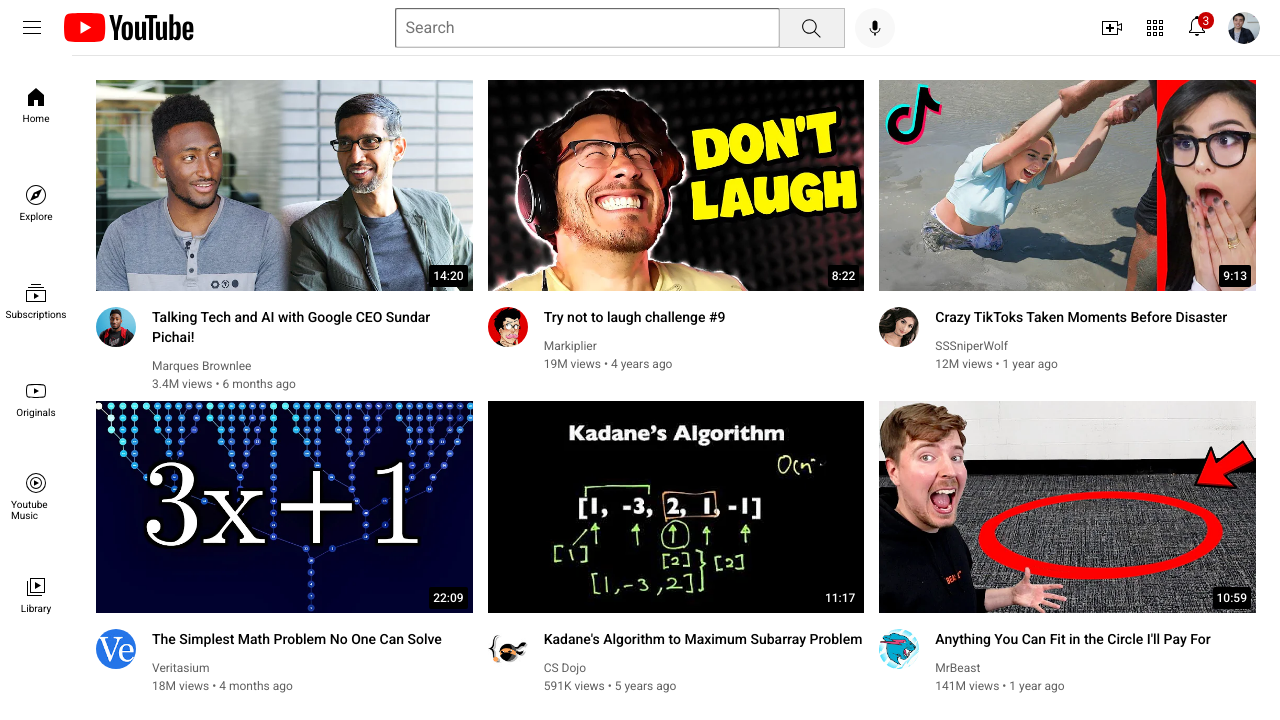
Repository: idahcarts-ux/html-css
Page: youtube.html
An editor plug-in stored every save of this project. The page is shown before and after a run of saves, followed by the edit.
The browser window is 1280 px wide. The pictures show the whole page.

Above is the page before, as saved 2025-11-20 21:22:37.

### youtube.html
<!DOCTYPE html>
<html>
<head>
  <title>YouTube.com Clone</title>

  <link rel="preconnect" href="https://fonts.googleapis.com">
  <link rel="preconnect" href="https://fonts.gstatic.com" crossorigin>
  <link href="https://fonts.googleapis.com/css2?family=Roboto:wght@100;300;400;500;700;900&display=swap" rel="stylesheet">

<link rel="stylesheet" href="styles/general.css">
<link rel="stylesheet" href="styles/video.css">
<link rel="stylesheet" href="styles/header.css">
<link rel="stylesheet" href="styles/sidebar.css">



</head>
<body>
  <div class="header">
    <div class="left-section">
     <img class="hamburger-menu" src="icons/hamburger-menu.svg">
     <img class="youtube-logo" src="icons/youtube-logo.svg">
    </div>

    <div class="middle-section">
      <input class="search-bar" type="text" placeholder="Search">
    <button class="search-button">
      <img
      class="search-icon"
      src="icons/search.svg">
    </button>
    <button class="voice-search-button">
      <img
      class="voice-search-icon"
      src="icons/voice-search-icon.svg">
    </button>
    </div>

    <div class="right-section">
      <img
      class="uploads-icon"
      src="icons/upload.svg">
      <img
      class="youtube-apps-icon"
      src="icons/youtube-apps.svg">
      <div class="notification-icon-container">
       <img
      class="notification-icon"
      src="icons/notifications.svg">
      <div class="notifications-count">3</div>
      </div>
      <img
       class="current-user-picture"
       src="chanel-pictures/my-channel.jpeg">
    </div>

  </div>

   <div class="sidebar">
     <div class="sidebar-link">
      <img src="icons/home.svg">
      <div>Home</div>
     </div>
     <div class="sidebar-link">
      <img src="icons/explore.svg">
      <div>Explore</div>
     </div>
     <div class="sidebar-link">
      <img src="icons/subscriptions.svg">
      <div>Subscriptions</div>
     </div>
     <div class="sidebar-link">
      <img src="icons/originals.svg">
      <div>Originals</div>
      </div>
     <div class="sidebar-link">
      <img src="icons/youtube-music.svg">
       <div>Youtube Music</div>
     </div>
      <div class="sidebar-link">
      <img src="icons/library.svg">
       <div>Library</div>
     </div>

   </div>



  <!-- MAIN GRID START -->
  <div class="video-grid">

    <!-- 1 -->
    <div class="video-preview">
      <div class="thumbnails-row">
      <img class="thumbnails" src="thumbnails/thumbnail-1.webp">
      <div class="video-time">14:20</div>
      </div>
      <div class="video-info-grid">
        <div class="channel-pictures">
          <img class="profile-picture" src="chanel-pictures/channel-1.jpeg">
        </div>
        <div class="video-info">
          <p class="video-title">
            Talking Tech and AI with Google CEO Sundar Pichai!
          </p>
          <p class="video-author">Marques Brownlee</p>
          <p class="video-stats">3.4M views • 6 months ago</p>
        </div>
      </div>
    </div>

    <!-- 2 -->
    <div class="video-preview">
       <div class="thumbnails-row">
      <img class="thumbnails" src="thumbnails/thumbnail-2.webp">
      <div class="video-time">8:22</div>
      </div>
       <div class="video-info-grid">
        <div class="channel-pictures">
          <img class="profile-picture" src="chanel-pictures/channel-2.jpeg">
        </div>
        <div class="video-info">
          <p class="video-title">Try not to laugh challenge #9</p>
          <p class="video-author">Markiplier</p>
          <p class="video-stats">19M views • 4 years ago</p>
        </div>
      </div>
    </div>

    <!-- 3 -->
    <div class="video-preview">
      <div class="thumbnails-row">
     <img class="thumbnails" src="thumbnails/thumbnail-3.webp">
       <div class="video-time">9:13</div>
       </div>
      <div class="video-info-grid">
        <div class="channel-pictures">
          <img class="profile-picture" src="chanel-pictures/channel-3.jpeg">
        </div>
        <div class="video-info">
          <p class="video-title">Crazy TikToks Taken Moments Before Disaster</p>
          <p class="video-author">SSSniperWolf</p>
          <p class="video-stats">12M views • 1 year ago</p>
        </div>
      </div>
    </div>

    <!-- 4 -->
    <div class="video-preview">
      <div class="thumbnails-row">
      <img class="thumbnails" src="thumbnails/thumbnail-4.webp">
        <div class="video-time">22:09</div>
        </div>
      <div class="video-info-grid">
        <div class="channel-pictures">
          <img class="profile-picture" src="chanel-pictures/channel-4.jpeg">
        </div>
        <div class="video-info">
          <p class="video-title">The Simplest Math Problem No One Can Solve</p>
          <p class="video-author">Veritasium</p>
          <p class="video-stats">18M views • 4 months ago</p>
        </div>
      </div>
    </div>

    <!-- 5 -->
    <div class="video-preview">
      <div class="thumbnails-row">
      <img class="thumbnails" src="thumbnails/thumbnail-5.webp">
       <div class="video-time">11:17</div>
       </div>
      <div class="video-info-grid">
        <div class="channel-pictures">
          <img class="profile-picture" src="chanel-pictures/channel-5.jpeg">
        </div>
        <div class="video-info">
          <p class="video-title">
            Kadane's Algorithm to Maximum Subarray Problem
          </p>
          <p class="video-author">CS Dojo</p>
          <p class="video-stats">591K views • 5 years ago</p>
        </div>
      </div>
    </div>

    <!-- 6 -->
    <div class="video-preview">
      <div class="thumbnails-row">
         <img class="thumbnails" src="thumbnails/thumbnail-6.webp">
         <div class="video-time">10:59</div>
         </div>
         <div class="video-info-grid">
        <div class="channel-pictures">
          <img class="profile-picture" src="chanel-pictures/channel-6.jpeg">
        </div>
        <div class="video-info">
          <p class="video-title">
            Anything You Can Fit in the Circle I'll Pay For
          </p>
          <p class="video-author">MrBeast</p>
          <p class="video-stats">141M views • 1 year ago</p>
        </div>
      </div>
    </div>

  </div>
  <!-- MAIN GRID END -->



</body>
</html>

### styles/general.css
 p {
    font-family: Roboto, Arial;
    margin-top: 0;
    margin-bottom: 0;
  }

  body {
    margin: 0;
    padding-top: 80px;
    padding-right: 24px;
    padding-left: 96px;
    background-color: rgb();
  }

### styles/video.css



  .thumbnails {
    width: 100%;
  }



  .video-title {
    font-size: 14px;
    font-weight: 500;
    line-height: 20px;
    margin-bottom: 12px;
  }

  .video-info-grid {
    display: flex;
    margin-top: 12px;
  }

  /* FIX: Ensure the profile picture container is just large enough for the picture */
  .channel-pictures {
    width: 48px; /* Slightly larger than the picture for padding/margin */
    flex-shrink: 0;
    margin-right: 8px; /* Added some spacing to separate picture from text */
  }

  /* FIX: Ensure the profile picture fills its container and maintain aspect ratio */
  .profile-picture {
    width: 40px; /* Kept your desired size */
    height: 40px; /* Added explicit height to force a square container */
    object-fit: cover; /* Ensures image covers the area without distortion */
    border-radius: 50%;
  }

  /* FIX: Removed fixed width which was unnecessary and potentially restrictive */
  .video-info {
    /* width: 200px; <--- Removed this line */
    flex: 1; /* Allow it to take up the remaining space */
  }

  .video-author {
    font-size: 12px;
    color: rgb(96, 96, 96);
    margin-bottom: 4px;
  }

  .video-stats {
    font-size: 12px;
    color: rgb(96, 96, 96);
  }

  .video-grid {
    display: grid;
    grid-template-columns: 1fr 1fr 1fr;
    column-gap: 15px;
    row-gap: 10px;
  }
  .video-time {
    background-color: black;
    color: white;
    position: absolute;
    bottom:8px;
    right:5px;
    font-family: Roboto, Arial;
    font-size: 12px;
    font-weight: 500;
    padding-left: 4px;
    padding-right: 4px;
    padding-bottom: 4px;
    padding-top: 4px;
    border-radius: 2px;

}

  .thumbnails-row {
    margin-bottom: 12px;
    position: relative;
  }

### styles/header.css


  .header {
    height:55px;
    display:flex;
    flex-direction: row;
    justify-content: space-between;
    position: fixed;
    top:0;
    left:0;
    right:0;
    background-color: white;
    border-bottom-width: 1px;
    border-bottom-style: solid;
    border-bottom-color: rgb( 228, 228, 228);
    z-index:100;
  }

  .left-section {
  display: flex;
   align-items: center;


  }
    .youtube-logo {
    width: 12vw;        /* Scales with viewport width */
    min-width: 80px;    /* Don't get too small */
    max-width: 130px;   /* Don't grow too large */
    height: auto;       /* Keep aspect ratio */
    transition: width 0.25s ease;
}


  .hamburger-menu {
    height: 24px;
    margin-left: 20px;
    margin-right: 20px;
  }
  .middle-section {
    flex:1;
    margin-left: 30px;
    margin-right: 35px;
    max-width:500px;
    display: flex;
    align-items:center;
  }
  .search-bar {
    flex:1;
    height:36px;
    padding-left:10px;
    font-size: 16px;
    border-width: 1px;
    border-color: rgb(190, 190,190);
    border-radius: 2px;
    box-shadow: inset 0.05px 0.05px 1px rgba(0, 0, 0.05);
    width:0;
  }
  .search-bar::placeholder {
    font-family: Roboto, Arial;
    fon-size:15px;
  }
  .search-icon{
    height:25px;
    margin-top:4px;
  }
  .search-button {
    height:40px;
    width:66px;
    background-color: rgb( 240, 240, 240);
    border-width: 1px;
    border-style:solid;
    border-color: rgb(190, 190,190);
    margin-left: -1px;
    margin-right: 10px;
  }
  .voice-search-button {
    height:40px;
    width:40px;
    border-radius: 20px;
    border: none;
    background-color: rgb(248,248,248);
  }
  .voice-search-icon{
    height:20px;
    margin-top: 4px;

  }
  .right-section {
    width:180px;
    display:flex;
    align-items: center;
    justify-content: space-between;
    flex-shrink: 0;
  }
  .uploads-icon {
    height:24px;
  }
  .youtube-apps-icon {
    height:24px;
  }
  .notification-icon {
    height:24px;
  }
  .notification-icon-container {
    position:relative;
  }
  .notifications-count {
    position:absolute;
    top: -2px;
    right: -5px;
    background-color: rgb(200, 0, 0);
    color: white;
    font-family: Roboto, Arial;
    font-size: 12px;
    padding-left: 5px;
    padding-right: 5px;
    padding-top: 2px;
    padding-bottom: 1px;
    border-radius: 10px;
  }
  .current-user-picture {
    height:32px;
    border-radius: 16px;
    margin-right: 20px;
  }

### styles/sidebar.css
.sidebar {
  position: fixed;
  left: 0;
  bottom: 0;
  top: 55px;
  background-color: white;
  width: 72px;
  z-index: 200;
  padding-top: 5;

}
.sidebar-link {
  height: 76px;
  display: flex;
  justify-content: center;
  align-items: center;
  flex-direction: column;
  padding:11px;
  cursor: pointer;

}
.sidebar-link:hover {
  background-color: rgb(238, 238,238);
}
.sidebar-link img {
  height: 24px;
  margin-bottom: 4px;
}
.sidebar-link div {
 font-family: Roboto, Arial;
 font-size: 10px;
}

After the next 2 saves:
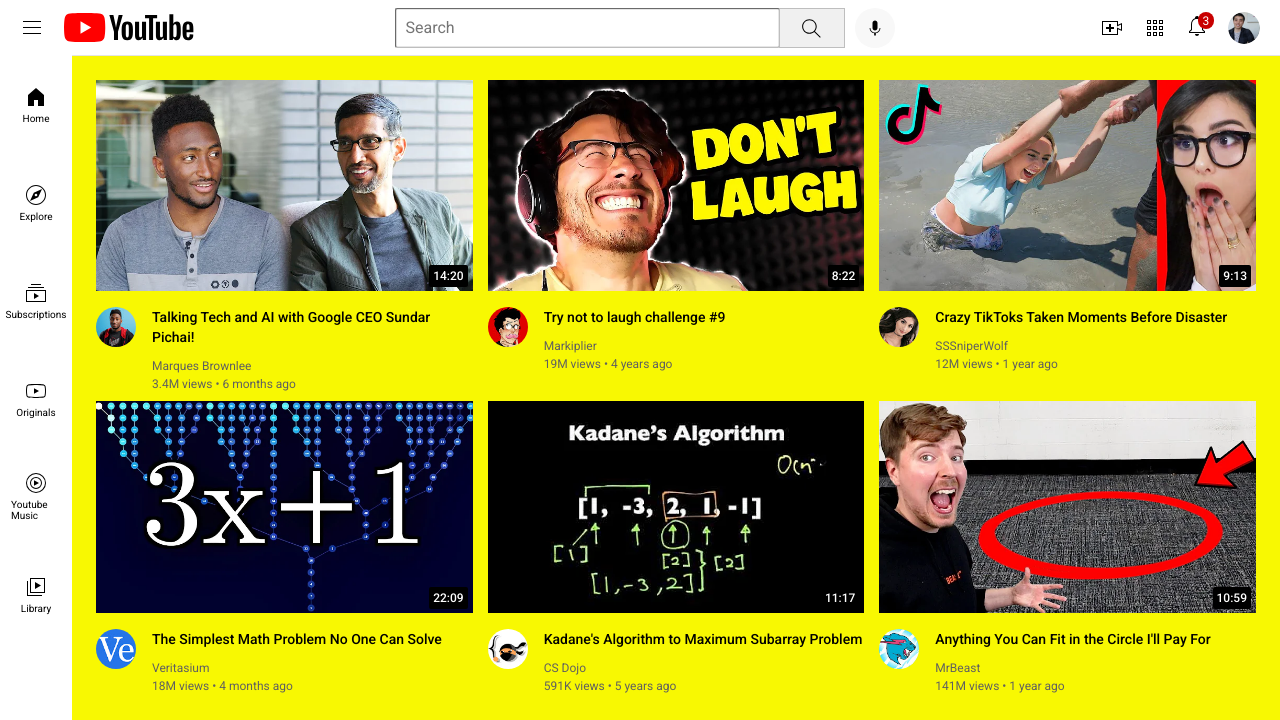
The 2 saves are shown as one change because they came seconds apart.
The last was saved 8 s later.
--- a/styles/general.css
+++ b/styles/general.css
@@ -9,5 +9,5 @@
     padding-top: 80px;
     padding-right: 24px;
     padding-left: 96px;
-    background-color: rgb();
+    background-color: rgb(248, 248, 2);
   }

After the save that followed:
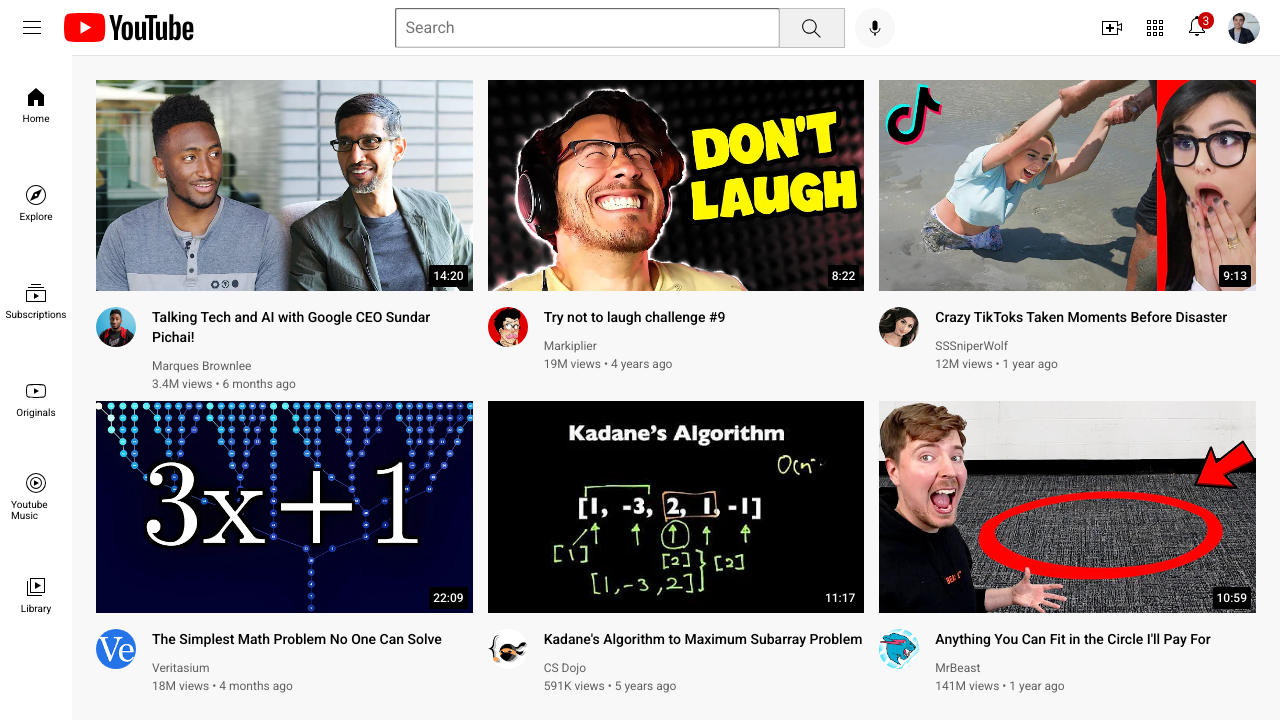
Saved 4 s later.
--- a/styles/general.css
+++ b/styles/general.css
@@ -9,5 +9,5 @@
     padding-top: 80px;
     padding-right: 24px;
     padding-left: 96px;
-    background-color: rgb(248, 248, 2);
+    background-color: rgb(248, 248, 248);
   }
